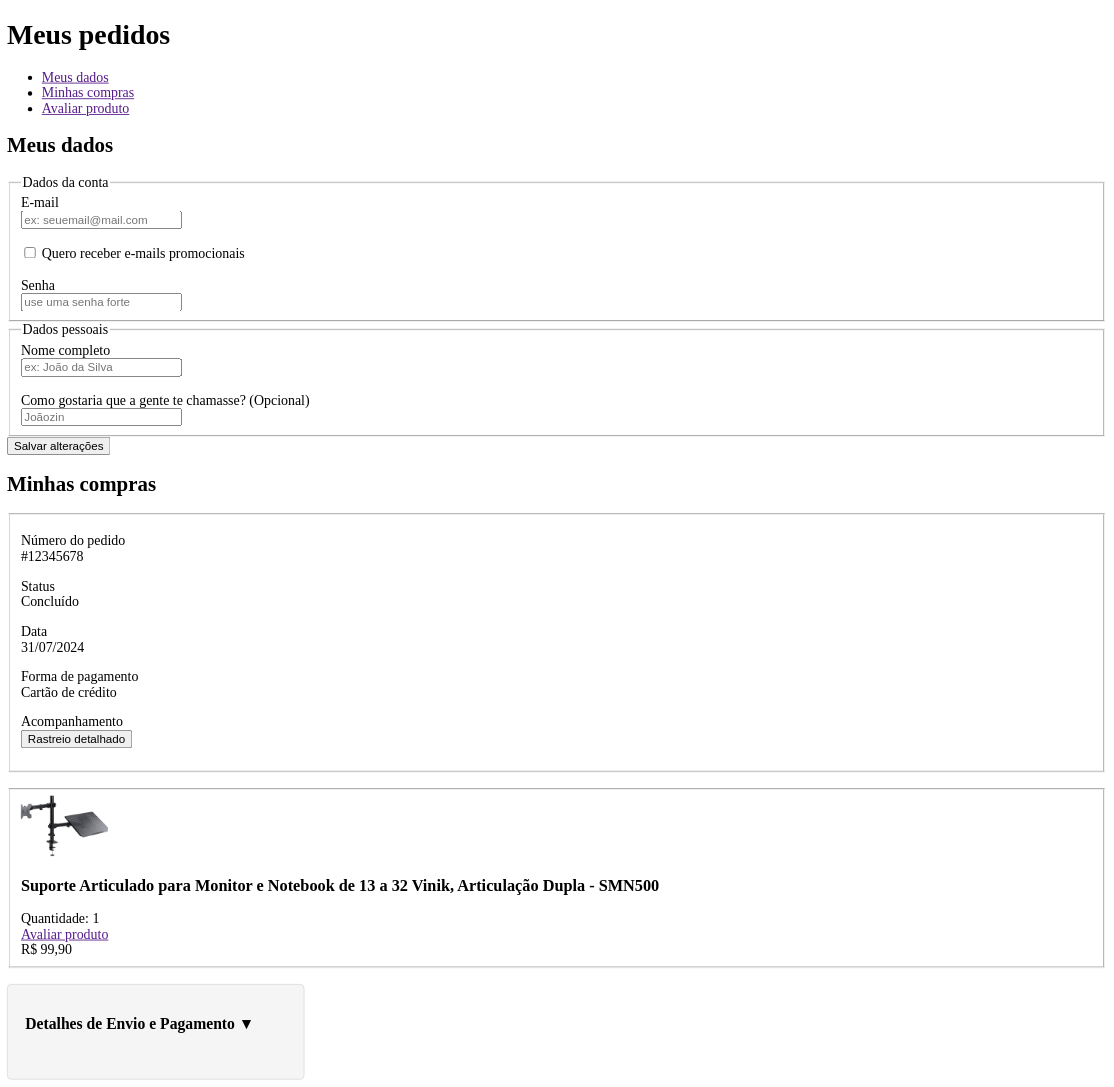
Repository: claudemir-camargo/site-compras
Page: index.html
These files come from the project's save history. The page is drawn as it stood at one moment and after the next save; the edit follows.
The browser window is 1280 px wide. The pictures show the whole page, at 87% of full size.

Above is the page before, as saved 2024-03-03 15:33:38.

### index.html
<!DOCTYPE html>
<html lang="en">

<head>
    <meta charset="UTF-8">
    <meta name="viewport" content="width=device-width, initial-scale=1.0">
    <link rel="stylesheet" type="text/css" href="css/style.css" />
    <title>Site de Compras</title>
</head>

<body>
    <h1>Meus pedidos</h1>
    <ul>
        <li><a href="">Meus dados</a></li>
        <li><a href="">Minhas compras</a></li>
        <li><a href="">Avaliar produto</a></li>
    </ul>
    <h2>Meus dados</h2>
    <!-- Conta -->
    <fieldset>
        <legend>Dados da conta</legend>
        <form>
            <label>E-mail</label><br>
            <input type="email" id="email" name="email" placeholder="ex: seuemail@mail.com"><br><br>
            <input type="checkbox">
            <label>Quero receber e-mails promocionais</label><br><br>
            <label>Senha</label><br>
            <input type="password" placeholder="use uma senha forte">
        </form>
    </fieldset>
    <!-- Pessoais -->
    <fieldset>
        <legend>Dados pessoais</legend>
        <form>
            <label>Nome completo</label><br>
            <input type="text" placeholder="ex: João da Silva"><br><br>
            <label>Como gostaria que a gente te chamasse? (Opcional) </label><br>
            <input type="text" placeholder="Joãozin">
        </form>
    </fieldset>
    <button type="button">Salvar alterações</button>
    <!-- Minhas compras -->
    <h2>Minhas compras</h2>
    <fieldset>
        <div class="details">
            <p>Número do pedido<br>#12345678</p>
            <p>Status<br>Concluído</p>
            <p>Data<br>31/07/2024</p>
            <p>Forma de pagamento<br>Cartão de crédito</p>
            <p>Acompanhamento<br><button>Rastreio detalhado</button></p>
    </fieldset>
    <!-- Produto -->
    <br>
    <fieldset>
        <img src="img/suporte.jpg" alt="Suporte">
        <h3><p>Suporte Articulado para Monitor e Notebook de 13 a 32 Vinik,
            Articulação Dupla - SMN500</p></h3>
        Quantidade: 1<br>
        <a href="">Avaliar produto</a><br>
        R$ 99,90
    </fieldset>
    <br>
    <div class="menu">
        <h2 onclick="toggleMenu()">Detalhes de Envio e Pagamento ▼</h2>
        <ul id="menu-list">
            <li><a href="#">Endereço de Entrega</a></li>
            <li><a href="#">Métodos de Pagamento</a></li>
            <li><a href="#">Histórico de Compras</a></li>
            <li><a href="#">Status do Pedido</a></li>
        </ul>
    </div>


</body>

</html>

### css/style.css
img {
    width: 100px;
    height: 70px;
    object-fit: cover;
}

.menu {
    background-color: #f5f5f5;
    padding: 20px;
    border: 1px solid #ddd;
    border-radius: 5px;
    max-width: 300px;
}
.menu h2 {
    font-size: 18px;
    margin-bottom: 10px;
    cursor: pointer; /* Adicionamos um cursor de mão para indicar que é clicável */
}
.menu ul {
    list-style: none;
    padding: 0;
    max-height: 0; /* Inicialmente, ocultamos a lista de itens */
    overflow: hidden;
    transition: max-height 0.3s ease; /* Adicionamos uma transição suave */
}
.menu li {
    margin-bottom: 10px;
}
.menu a {
    text-decoration: none;
    color: #333;
}
.menu a:hover {
    text-decoration: underline;
}

After the next save:
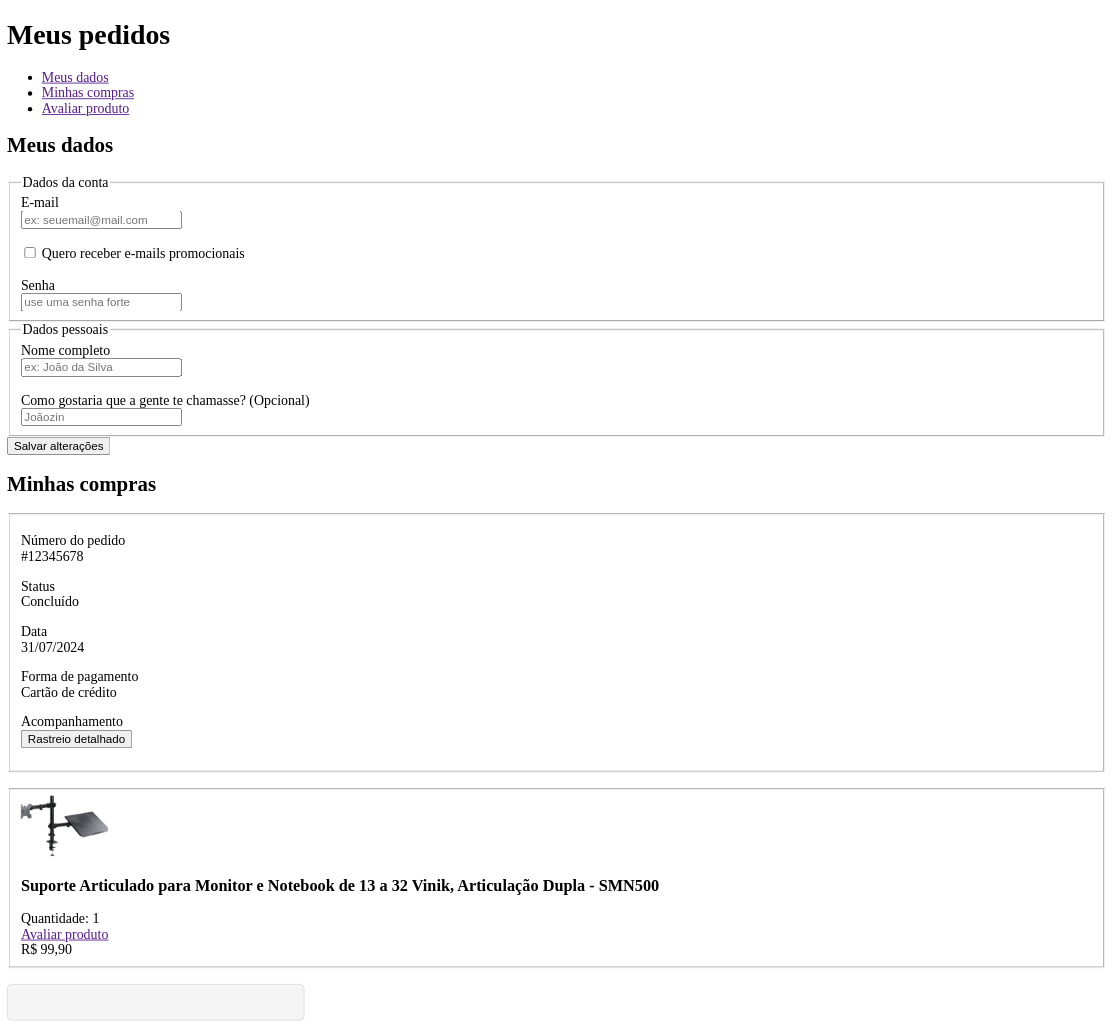
Saved 69 s later.
--- a/css/style.css
+++ b/css/style.css
@@ -10,26 +10,7 @@ img {
     border: 1px solid #ddd;
     border-radius: 5px;
     max-width: 300px;
-}
-.menu h2 {
-    font-size: 18px;
-    margin-bottom: 10px;
-    cursor: pointer; /* Adicionamos um cursor de mão para indicar que é clicável */
-}
-.menu ul {
-    list-style: none;
-    padding: 0;
     max-height: 0; /* Inicialmente, ocultamos a lista de itens */
     overflow: hidden;
     transition: max-height 0.3s ease; /* Adicionamos uma transição suave */
 }
-.menu li {
-    margin-bottom: 10px;
-}
-.menu a {
-    text-decoration: none;
-    color: #333;
-}
-.menu a:hover {
-    text-decoration: underline;
-}
